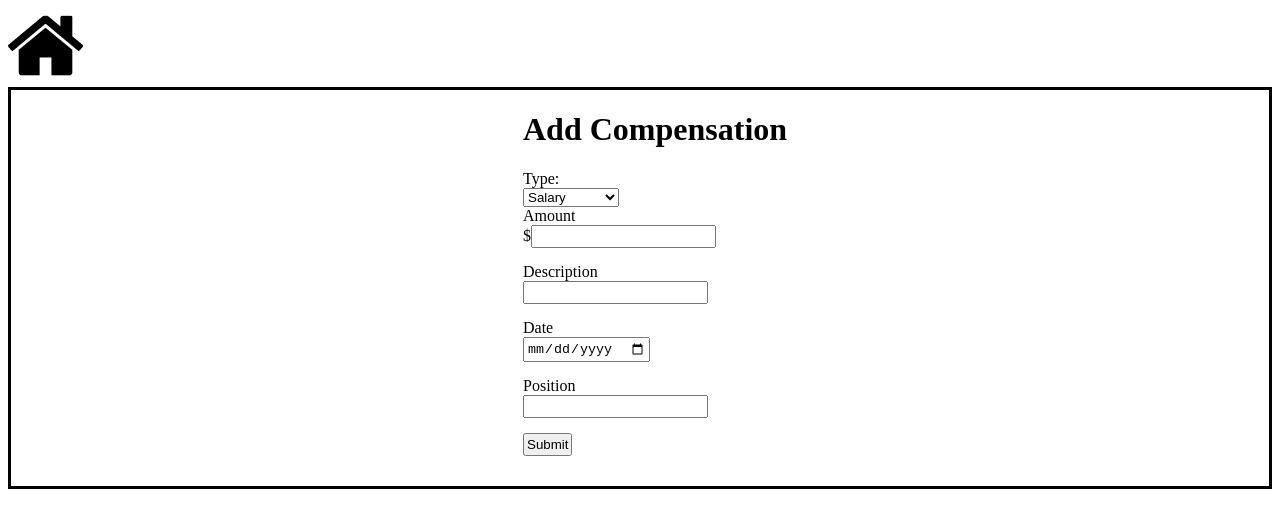
Repository: ticross18/SpringBootEmployeeSystem
Page: EmploymentSystem/src/main/resources/static/addComp.html
An editor plug-in stored every save of this project. The page is shown before and after the next save, followed by the edit.
The browser window is 1280 px wide. The pictures show the whole page.

Above is the page before, as saved 2022-05-17 18:29:11.

After the next save:
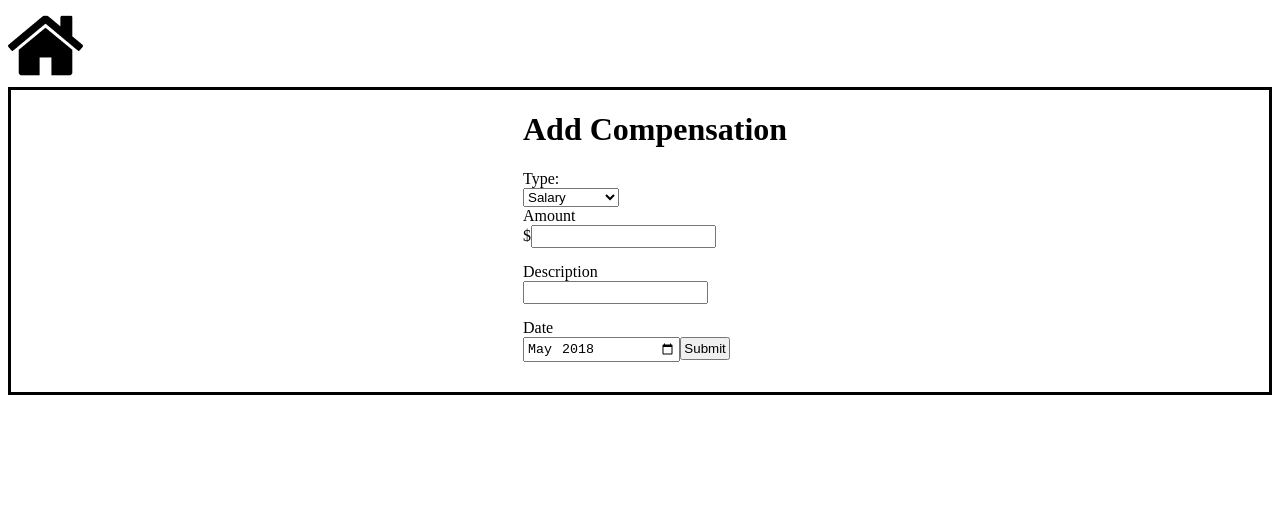
Saved 21 s later.
--- a/EmploymentSystem/src/main/resources/static/addComp.html
+++ b/EmploymentSystem/src/main/resources/static/addComp.html
@@ -31,9 +31,8 @@
             <input type="text" id="description" name="description"><br>
 
             <label for="dob">Date</label><br>
-            <input type="date" id="dob" name="dob"><br>
-            <label for="position">Position  </label><br>
-            <input type="text" id="position" name="position"><br>
+            <input type="month" id="end" name="end"
+     		  min="2018-03" value="2018-05">
             <input type="submit" id="submit" name ="submit"/>
         </tr>
  </form>
